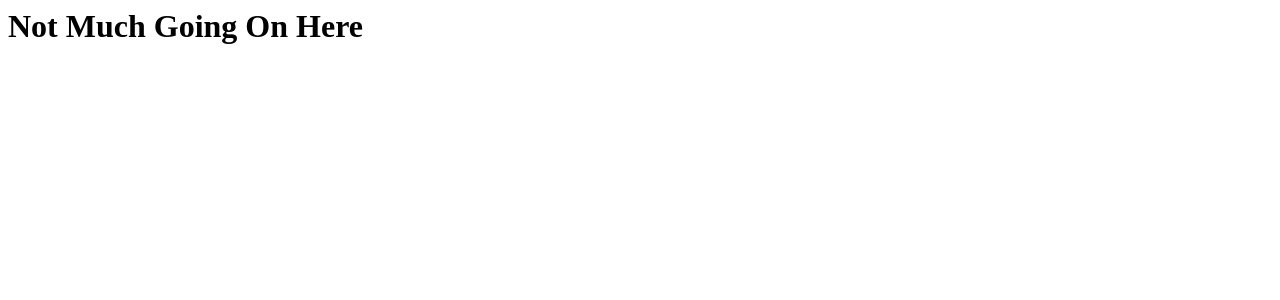
Repository: choobrendan/Flag-Guesser
Page: http://localhost/
The author's editor kept a copy of each file at every save. The page is drawn from the files as they stood at one save, then again after the next save.
The browser window is 1280 px wide. The pictures show the whole page.
The page is served by the project's application, run on Flask 3 (app.py).

Above is the page before, as saved 2023-08-20 16:46:41.

### app.py
from flask import Flask
app = Flask(__name__)

@app.route("/")
def hello():
    return "<h1>Not Much Going On Here</h1>"
app.run(host='0.0.0.0', port=50000)

### templates/index.html
<!DOCTYPE html>
<html lang="en">
<head>
    <meta charset="UTF-8">
    <meta name="viewport" content="width=device-width, initial-scale=1.0">
    <title>Model Implementation</title>
</head>
<body>
    <h1>Machine Learning Model Implementation</h1>

    <form id="prediction-form">
        <label for="input-data">Input Data:</label>
        <input type="text" id="input-data" placeholder="Enter data...">
        <button type="submit">Predict</button>
    </form>

    <div id="prediction-result"></div>

    <script>
        document.getElementById('prediction-form').addEventListener('submit', function(event) {
            event.preventDefault();

            const inputData = document.getElementById('input-data').value;

            fetch('/predict', {
                method: 'POST',
                headers: {
                    'Content-Type': 'application/json'
                },
                body: JSON.stringify({
                    data: inputData.split(',').map(Number)
                })
            })
            .then(response => response.json())
            .then(data => {
                document.getElementById('prediction-result').textContent = `Prediction: ${data.prediction}`;
            })
            .catch(error => {
                console.error('Error:', error);
            });
        });
    </script>
</body>
</html>

After the next save:
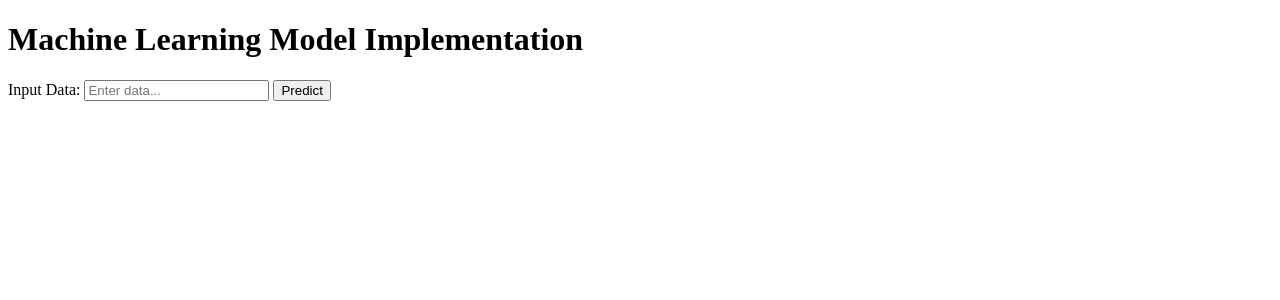
Saved 5 min 24 s later.
--- a/app.py
+++ b/app.py
@@ -1,7 +1,32 @@
-from flask import Flask
+from flask import Flask, render_template, request, jsonify
+import tensorflow as tf
+import numpy as np
+
 app = Flask(__name__)
 
-@app.route("/")
-def hello():
-    return "<h1>Not Much Going On Here</h1>"
-app.run(host='0.0.0.0', port=50000)
+# Load the pre-trained model
+model = tf.keras.models.load_model('static/model.h5')
+model.summary()
+
+# Define a route to render the index.html page
+@app.route('/')
+def index():
+    return render_template('index.html')
+
+# Define a route to handle predictions
+@app.route('/predict', methods=['POST'])
+def predict():
+    try:
+        # Get data from POST request
+        data = request.json['data']
+        data = np.array(data).reshape(1, -1)
+
+        # Make a prediction using the model
+        prediction = model.predict(data)
+
+        return jsonify({'prediction': prediction.tolist()})
+    except Exception as e:
+        return jsonify({'error': str(e)})
+
+if __name__ == '__main__':
+    app.run(debug=True)
